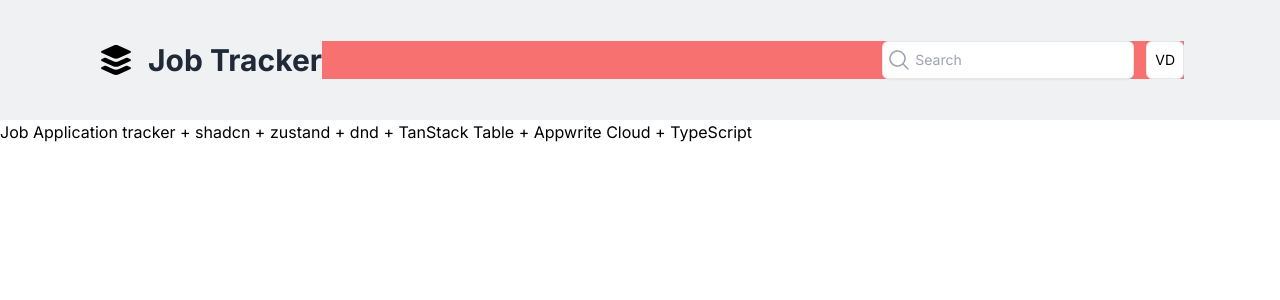
Repository: Vasil1001/job-applications-tracker-nextjs
Page: /
An editor plug-in stored every save of this project. The page is shown before and after the next save, followed by the edit.
The browser window is 1280 px wide. The pictures show the whole page.
The project was rebuilt for these pictures with package versions that can differ from the ones it lists, and the page was loaded fresh each time. The framework's server and built-in components were replaced by stand-ins that run in the browser. Also part of the build but not shown: next.config.js.

Above is the page before, as saved 2023-06-24 17:30:05.

### app/layout.tsx
import "./globals.css";
import { Inter } from "next/font/google";

const inter = Inter({ subsets: ["latin"] });

export const metadata = {
  title: "Job Tracker",
  description: "Generated by create next app",
};

export default function RootLayout({
  children,
}: {
  children: React.ReactNode;
}) {
  return (
    <html lang="en">
      <body suppressHydrationWarning={true} className={inter.className}>{children}</body>
    </html>
  );
}

### app/page.tsx
import Header from "@/components/Header";
import Image from "next/image";

export default function Home() {
  return (
    <main className="flex min-h-screen max-w-screen flex-col justify-between mx-auto">
      {/* Header Component */}
      <Header />

      {/* Board dnd Component */}

    </main>
  );
}

### components/Header.tsx
"use client";
import { Search } from "lucide-react";
import React from "react";
import SearchBar from "./navbar/SearchBar";
import { IoIosApps } from "react-icons/io";
import { RiSendPlaneLine } from "react-icons/ri";
import { BiNotepad } from "react-icons/bi";
import Image from "next/image";
import { MagnifyingGlassIcon, UserCircleIcon } from "@heroicons/react/24/solid";
import { FiUser } from "react-icons/fi";
import { HiMagnifyingGlass } from "react-icons/hi2";
import Navbar from "./navbar/Navbar";
import Avatar from "react-avatar";

export default function Header() {
  return (
    <header>
      <div className="flex flex-col md:flex-row items-center p-5 xl:p-10 xl:px-24 bg-gray-500/10">
        {/* <Navbar /> */}
        {/* <Image
          src="https://links.papareact.com/c2cdd5"
          alt="Logo"
          width={300}
          height={100}
          className="w-44 md:w-56 pb-10 md:pb-0 object-contain"
        /> */}
        {/* Logo */}
        <div className="flex items-center font-bold text-3xl mb-3 md:mb-0">
          <IoIosApps size={40} className="mr-3" />
          <span className="text-gray-800">Job Tracker</span>
        </div>

        {/* Search input, button and profile */}
        <div className="flex bg-red-400 items-center gap-3 flex-1 justify-end w-full">
          <form className="peer flex items-center space-l-5 bg-white p-1 border shadow-sm focus-visible:outline-none focus-visible:ring-1 focus:ring-gray-400 text-black border-gray-200 sm:text-sm rounded-md hover:border-gray-300 placeholder:text-gray-400 focus:placeholder:text-gray-500 flex-1 md:flex-initial">
            <HiMagnifyingGlass className="w-6 h-6 text-gray-400" />
            <input
              type="text"
              placeholder="Search"
              className="flex-1 outline-none p-1 "
            />
            <button hidden> Search</button>
          </form>

          <button className="p-2  text-black text-sm font-regular border focus-visible:outline-none focus-visible:ring-1 focus:ring-gray-400 bg-white border-gray-200 sm:text-sm rounded-md hover:border-gray-300 ">
            VD
          </button>
        </div>

        {/* <Avatar name="Vasilis Dzhakov" round color="#ffffff" size="50" fgColor='black' /> */}
        <div className="flex gap-3.5">
          {/* <SearchBar />
            <button className="py-2 px-4 flex-initial text-black border focus-visible:outline-none focus-visible:ring-1 focus:ring-gray-400 bg-white border-gray-200 sm:text-sm rounded-md hover:border-gray-300 ">
              User
            </button> */}
        </div>
      </div>
      <h1>
        Job Application tracker + shadcn + zustand + dnd + TanStack Table +
        Appwrite Cloud + TypeScript
      </h1>
    </header>
  );
}

Loaded but not shown: app/globals.css (common file); tailwind.config.js (common file)

After the next save:
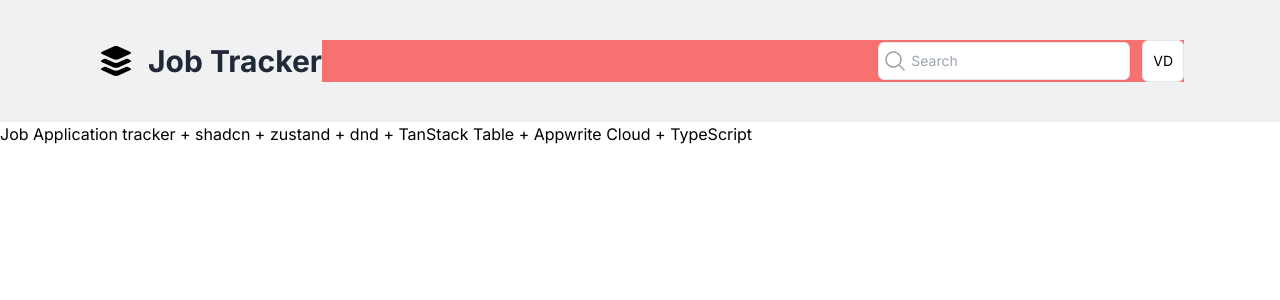
Saved 10 s later.
--- a/components/Header.tsx
+++ b/components/Header.tsx
@@ -42,7 +42,7 @@ export default function Header() {
             <button hidden> Search</button>
           </form>
 
-          <button className="p-2  text-black text-sm font-regular border focus-visible:outline-none focus-visible:ring-1 focus:ring-gray-400 bg-white border-gray-200 sm:text-sm rounded-md hover:border-gray-300 ">
+          <button className="p-2.5  text-black text-sm font-regular border focus-visible:outline-none focus-visible:ring-1 focus:ring-gray-400 bg-white border-gray-200 sm:text-sm rounded-md hover:border-gray-300 ">
             VD
           </button>
         </div>
